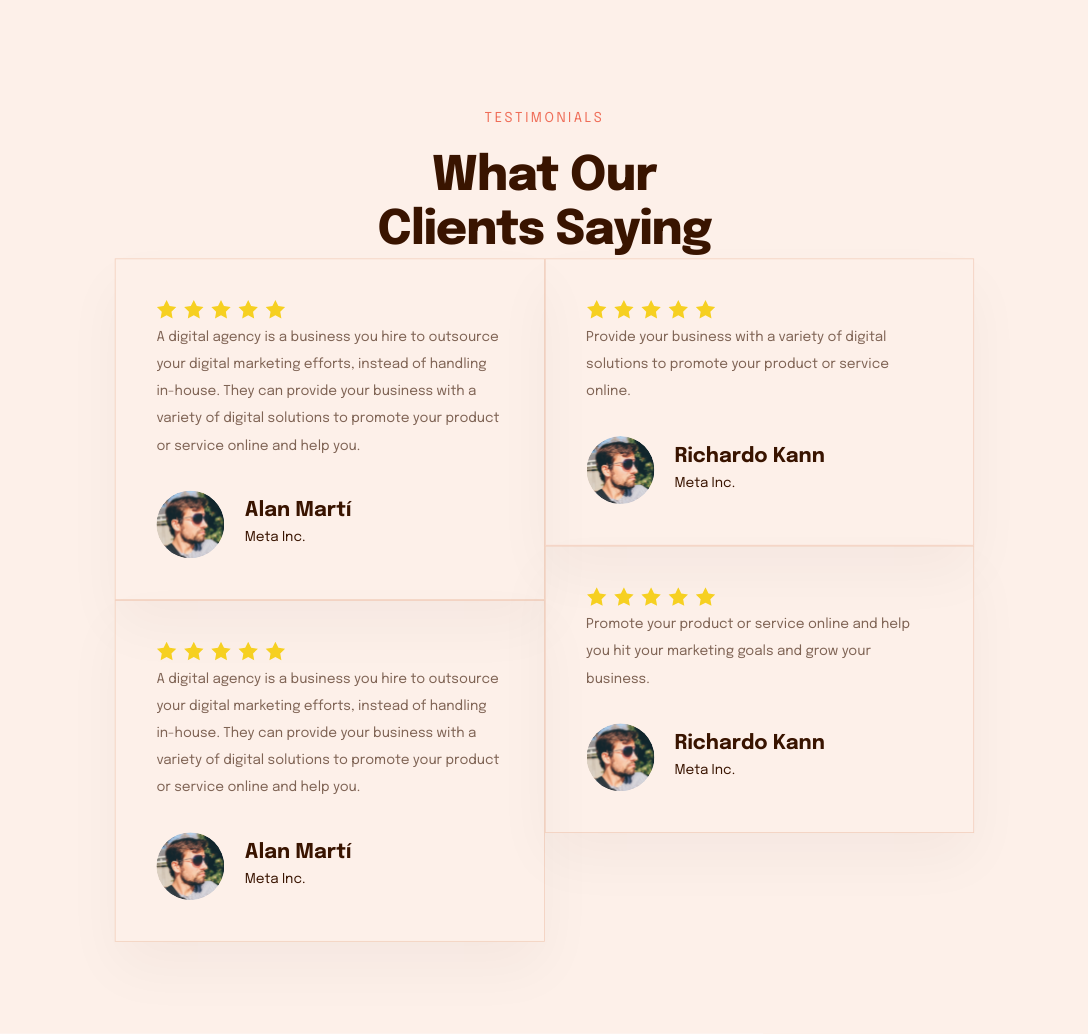
Repository: simralgasimov/task
Page: index.html
These files come from the project's save history. The page is drawn as it stood at one moment and after the next save; the edit follows.
The browser window is 1280 px wide. The pictures show the whole page, at 85% of full size.

Above is the page before, as saved 2023-09-06 13:49:19.

After the next save:
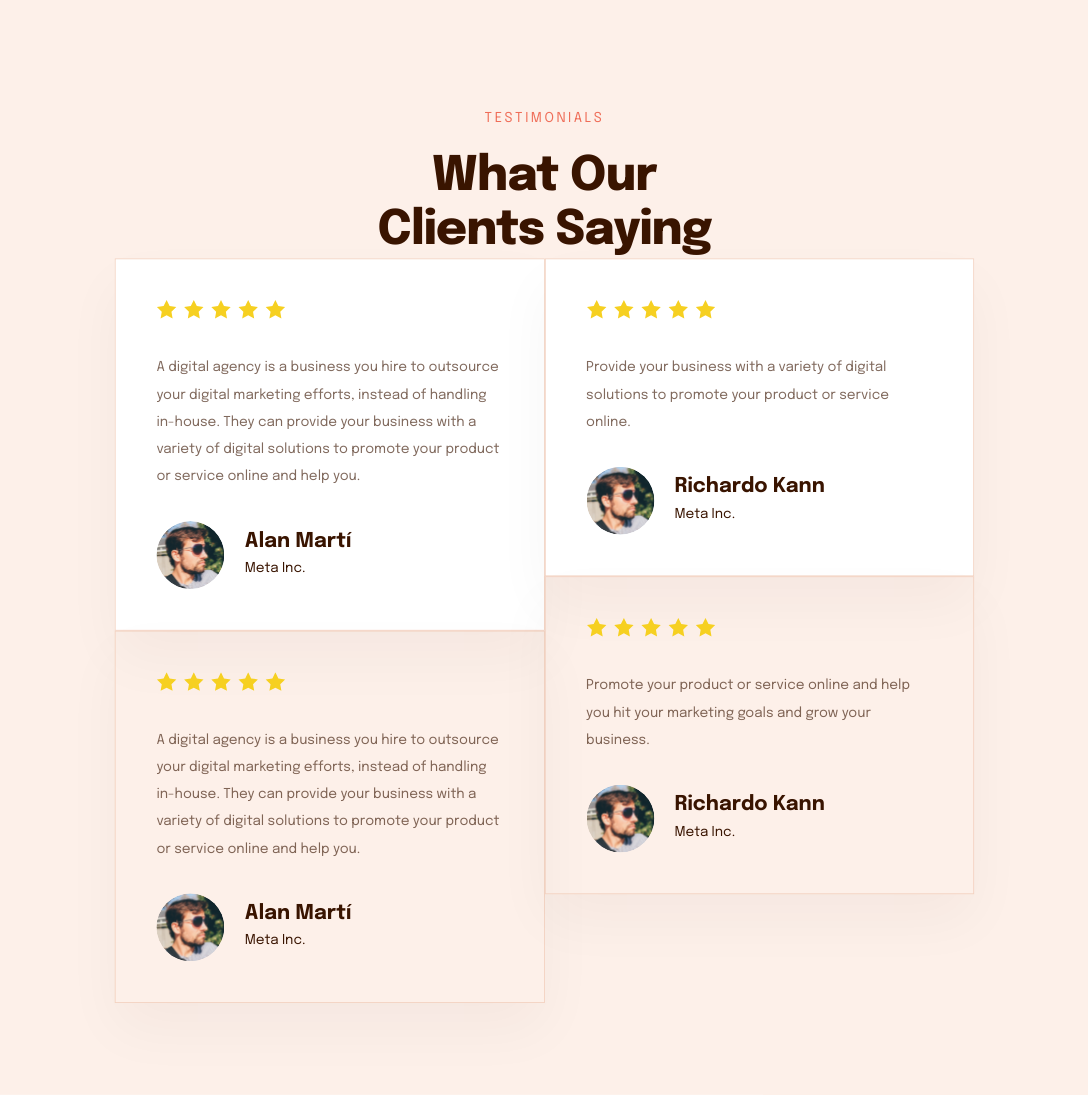
Saved 6 s later.
--- a/index.css
+++ b/index.css
@@ -51,7 +51,9 @@
   border: 1px solid #f3d1bf;
   box-shadow: 0px 32px 64px 0px rgba(57, 20, 0, 0.04);
 }
-.container .comment .box:first
+.container .comment .box:first-child{
+    background-color: white;
+}
 .container .comment .box .star-img {
   margin-bottom: 36px;
 }
